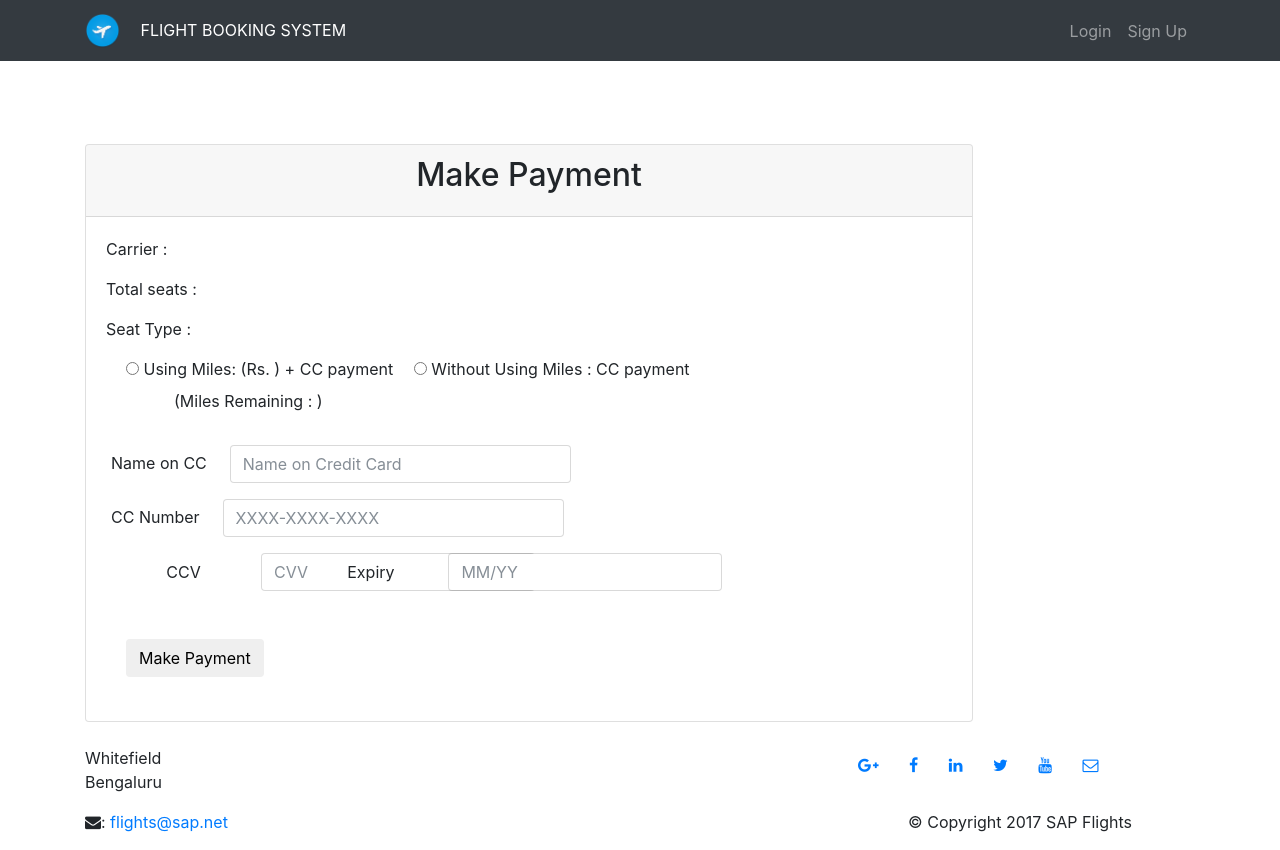
Repository: yashtatia/Spring-Practice
Page: http://localhost/FitnessTracker/WEB-INF/jsp/makePayment.jsp
An editor plug-in stored every save of this project. The page is shown before and after the next save, followed by the edit.
The browser window is 1280 px wide. The pictures show the whole page.
Some web libraries are served in a nearby version. The page is served by Tomcat 9. Nobody is signed in. The template is opened directly, without the code that normally fills it, so the values that code supplies are empty.

Above is the page before, as saved 2017-09-06 08:35:18.
Console error: SyntaxError: Unexpected token ';'

After the next save:
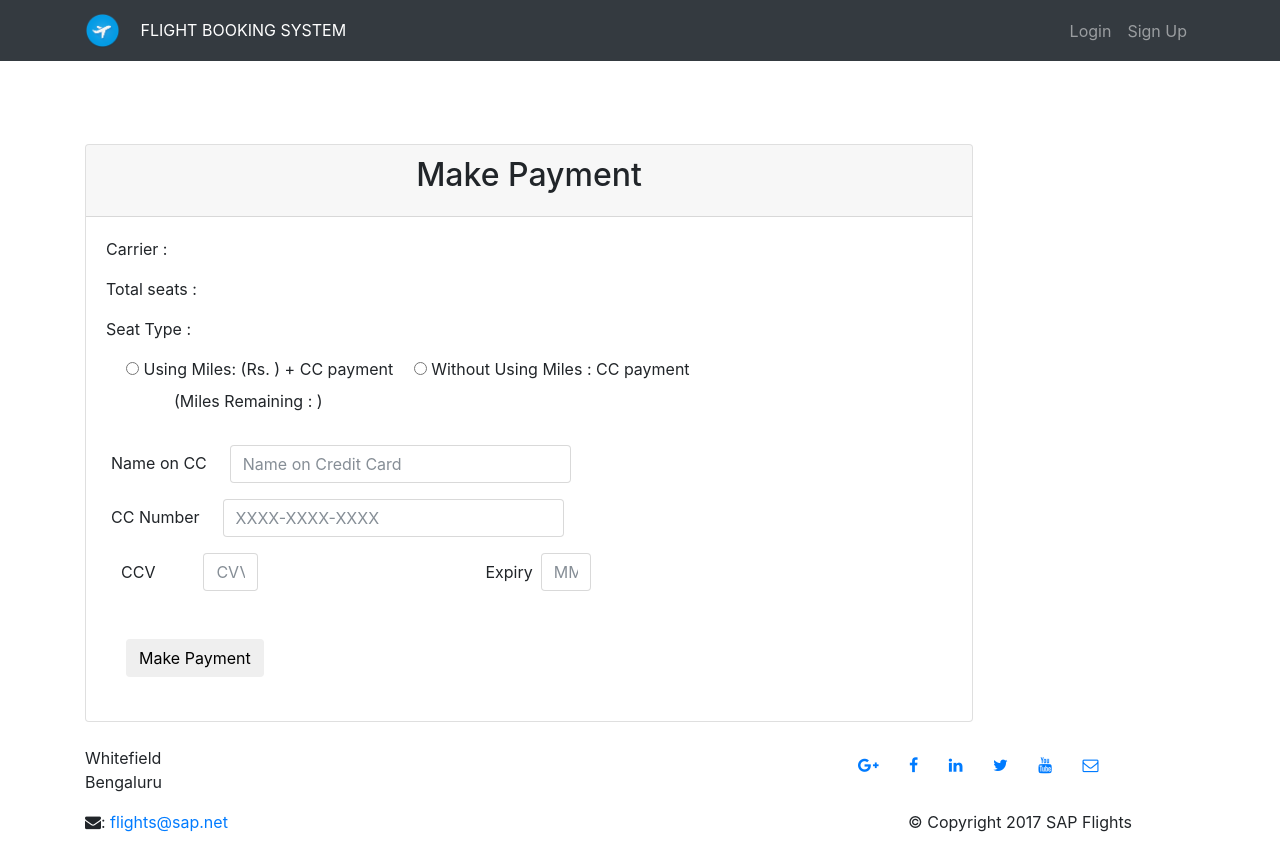
Saved 12 min 26 s later.
--- a/FitnessTracker/src/main/webapp/WEB-INF/jsp/makePayment.jsp
+++ b/FitnessTracker/src/main/webapp/WEB-INF/jsp/makePayment.jsp
@@ -54,16 +54,14 @@
 							<div class="form-row">
 									<div class="form-inline">
 										<div class="form-group">
-										    <label for="cc_cvv" class="col-sm-2 control-label">CCV</label>
-										    <div class="col-sm-1">
-										      <form:input path="cc_cvv" type="password" name="cc_cvv" id="cc_cvv" placeholder="CVV" class="form-control"   />
-										    </div>
+											<label class="mr-sm-5 mb-0" for="cvv">CCV</label>
+											<form:input path="cc_cvv" type="password" name="cc_cvv" id="cc_cvv" placeholder="CVV" class="form-control mr-sm-2 mb-2 mb-sm-0"  style="max-width: 15%" />
+										</div>
+										<div class="form-group">
+											<label class="mr-sm-2 mb-0" for="last_name">Expiry</label>
+											<form:input path="cc_expiry"  type="text" class="form-control mr-sm-2 mb-2 mb-sm-0" name="cc_expiry" id="cc_expiry" style="max-width: 15%" placeholder="MM/YY"/>
+										</div>
 
-										    <label for="cc_expiry" class="col-sm-2 control-label">Expiry</label>
-										    <div class="col-sm-2">
-										      <form:input path="cc_expiry" type="text" name="cc_expiry" id="cc_expiry" placeholder="MM/YY" class="form-control"  />
-										    </div>
-										</div>
 									</div>
 							</div>
 							<br />
